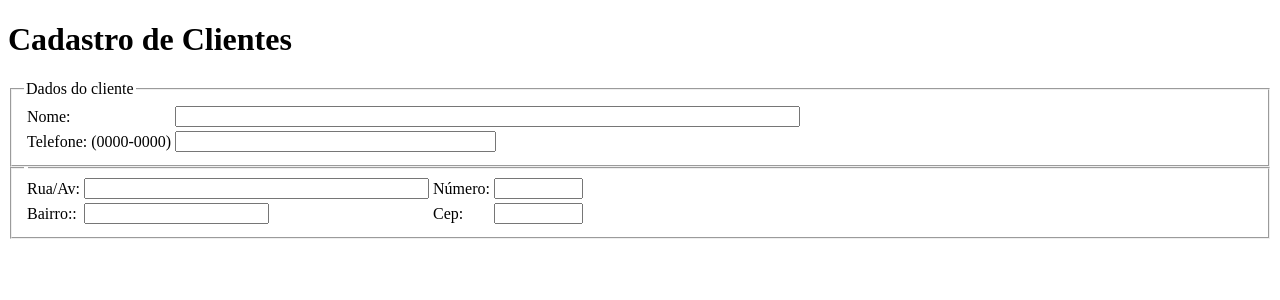
Repository: GabrielGGhost/EstudoJavaAW1-AW2
Page: estudos21/WebContent/cadastro.html
An editor plug-in stored every save of this project. The page is shown before and after the next save, followed by the edit.
The browser window is 1280 px wide. The pictures show the whole page.

Above is the page before, as saved 2020-10-31 20:18:04.

After the next save:
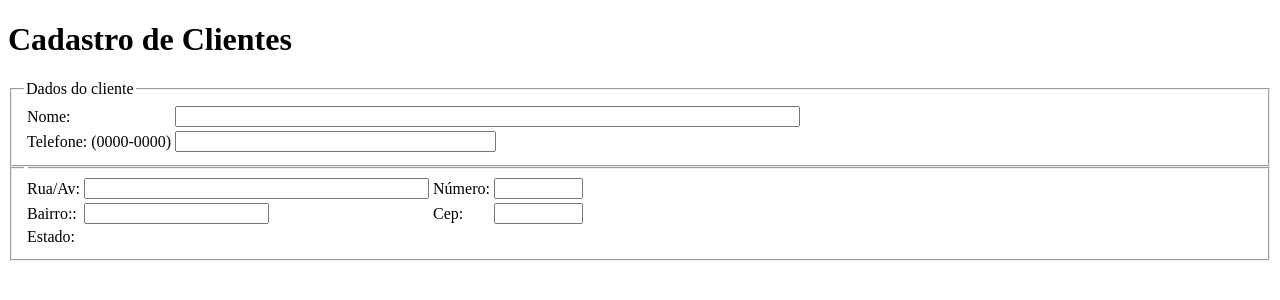
Saved 100 s later.
--- a/estudos21/WebContent/cadastro.html
+++ b/estudos21/WebContent/cadastro.html
@@ -82,6 +82,9 @@
 					<td><label for='cep'>Cep:</label></td>
 					<td><input name='cep' id='cep' type='text' size='8'/></td>
 				</tr>
+				<tr>
+					<td><label for='estado'>Estado:</label></td>
+				</tr>
 			</table>
 		</fieldset>
 	</form>
